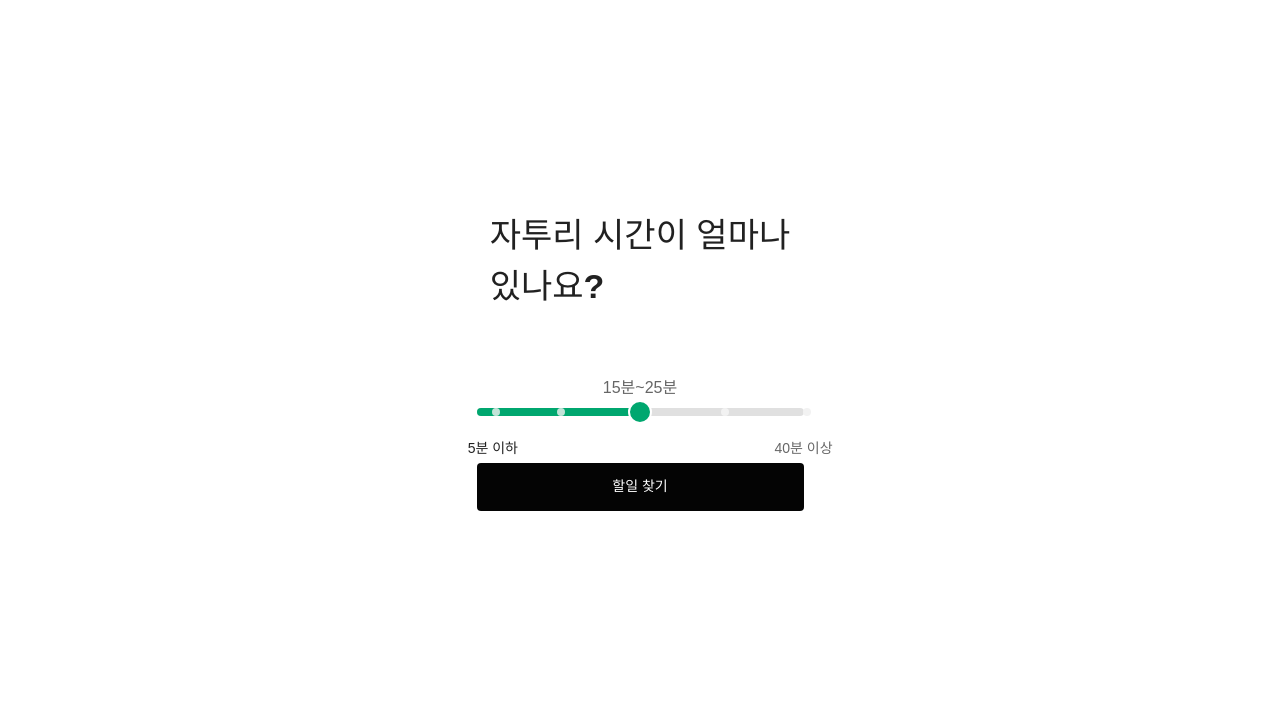
Repository: Tickley-Team/Tickley
Page: /survey
An editor plug-in stored every save of this project. The page is shown before and after the next save, followed by the edit.
The browser window is 1280 px wide. The pictures show the whole page.
The project was rebuilt for these pictures with package versions that can differ from the ones it lists, and the page was loaded fresh each time. Also part of the build but not shown: vite.config.ts, src/components/BottomNavbar.css, src/components/BottomNavbar.tsx, src/hooks/useLocalStorage.ts, src/stores/timeLeftStore.ts, src/utils.ts, src/components/BasicDialog.tsx, src/pages/Todos.tsx and 12 more.

Above is the page before, as saved 2024-12-09 16:28:24.

### index.html
<!doctype html>
<html lang="en">
  <head>
    <meta charset="UTF-8" />
    <link rel="icon" type="image/svg+xml" href="/src/assets/tickley-favicon.svg" />
    <meta name="viewport" content="width=device-width, initial-scale=1.0" />
    <title>Tickley</title>
    <meta name="description" content="자투리 시간을 알차게 보내고 싶으신가요? 그럼 티클리!">
    <meta property="og:title" content="Tickley">
    <meta property="og:url" content="https://tickley-team.github.io/Tickley/">
    <meta property="og:image" content="https://tickley-team.github.io/Tickley/cute-tickley.png">
    <meta property="og:description" content="자투리 시간을 알차게 보내고 싶으신가요? 그럼 티클리!">
  </head>
  <body>
    <div id="root"></div>
    <script type="module" src="/src/main.tsx"></script>
  </body>
</html>

### src/index.css
:root {
  font-family: Pretandard, system-ui, Avenir, Helvetica, Arial, sans-serif;

  color-scheme: light dark;
  font-synthesis: none;
  text-rendering: optimizeLegibility;
  -webkit-font-smoothing: antialiased;
  -moz-osx-font-smoothing: grayscale;
}

@font-face {
  font-family: 'S-CoreDream-5Medium';
  src: url('https://fastly.jsdelivr.net/gh/projectnoonnu/noonfonts_six@1.2/S-CoreDream-5Medium.woff')
    format('woff');
  font-weight: 500;
  font-style: normal;
}

@font-face {
  font-family: 'S-CoreDream-6Bold';
  src: url('https://fastly.jsdelivr.net/gh/projectnoonnu/noonfonts_six@1.2/S-CoreDream-6Bold.woff')
    format('woff');
  font-weight: 600;
  font-style: normal;
}

@font-face {
  font-family: 'S-CoreDream-8Heavy';
  src: url('https://fastly.jsdelivr.net/gh/projectnoonnu/noonfonts_six@1.2/S-CoreDream-8Heavy.woff')
    format('woff');
  font-weight: 800;
  font-style: normal;
}

@font-face {
  font-family: 'S-CoreDream-7ExtraBold';
  src: url('https://fastly.jsdelivr.net/gh/projectnoonnu/noonfonts_six@1.2/S-CoreDream-7ExtraBold.woff')
    format('woff');
  font-weight: 700;
  font-style: normal;
}

### src/App.tsx
import './App.css'

import Todos from './pages/Todos'
import TodosFind from './pages/TodosFind'
import SurveySpareTime from './pages/SurveySpareTime'
import Home from './pages/Home'
import OnboardingPage from './pages/OnboardingPage'
import TodosMemory from './pages/TodosMemory'
import ProgressTimer from './pages/ProgressTimer'
import CompletedTimer from './pages/CompletedTimer'
import { fetchRecommendTodos } from './api/fetchRecommendTodos'
import { createBrowserRouter, RouterProvider } from 'react-router'
import { ThemeProvider } from '@mui/material/styles'
import { TickleyTheme } from './theme'
import CssBaseline from '@mui/material/CssBaseline'

function App() {
  const isProduction = process.env.NODE_ENV === 'production'
  const basename = isProduction ? '/Tickley' : '/'

  const router = createBrowserRouter(
    [
      {
        path: '/',
        element: <Home />,
      },
      {
        path: '/todos',
        element: <Todos />,
      },
      {
        path: '/todos/find',
        element: <TodosFind />,
        loader: () =>
          fetchRecommendTodos(
            `${import.meta.env.BASE_URL}data/todoRecommendData.json`,
          ),
      },
      {
        path: '/todos/memory',
        element: <TodosMemory />,
      },
      {
        path: '/survey',
        element: <SurveySpareTime />,
      },
      {
        path: '/onboarding/:onboardingId',
        element: <OnboardingPage />,
      },
      {
        path: '/timer/progress',
        element: <ProgressTimer />,
      },
      {
        path: '/timer/completed',
        element: <CompletedTimer />,
      },
    ],
    {
      basename,
    },
  )

  return (
    <ThemeProvider theme={TickleyTheme}>
      <RouterProvider router={router} />
      <CssBaseline />
    </ThemeProvider>
  )
}

export default App

### src/App.css
#root {
  /* max-width: 1280px; */
  margin: 0 auto;
  text-align: center;
}

### src/pages/SurveySpareTime/index.tsx
import { useCallback } from 'react'
import { useNavigate } from 'react-router'
import { MobileLayout } from '../../layout/MobileLayout'
import { RangeSlider } from '../../components/RangeSlider'
import { Typography } from '@mui/material'
import { CTAButton } from '../../components/Button'

const SurveySpareTime = () => {
  const navigate = useNavigate()
  const handleClickButton = useCallback(() => {
    navigate('/todos/find')
  }, [])
  return (
    <MobileLayout>
      <Typography
        variant="title-6-bold-34"
        sx={{
          whiteSpace: 'pre-line',
          textAlign: 'left',
          marginBottom: '64px',
        }}
      >
        {`자투리 시간이 얼마나\n있나요?`}
      </Typography>
      <RangeSlider />
      <CTAButton sx={{ marginTop: '20px' }} onClick={handleClickButton}>
        할일 찾기{' '}
      </CTAButton>
    </MobileLayout>
  )
}

export default SurveySpareTime

### src/api/fetchRecommendTodos.ts
import { RecommendTodo } from '../types'

export const fetchRecommendTodos = async (
  path: string,
): Promise<Array<RecommendTodo>> => {
  try {
    const response = await fetch(path)
    if (!response.ok) {
      throw new Error(`HTTP error! status: ${response.status}`)
    }
    return response.json()
  } catch (error) {
    if (error instanceof Error) {
      throw new Error(`데이터 로드 실패: ${error.message}`)
    }
    throw new Error('알 수 없는 에러가 발생했습니다')
  }
}

### src/theme.ts
import { createTheme } from '@mui/material/styles'

import tokens from './assets/tokens.json'

import React from 'react'

export const TickleyTheme = createTheme({
  palette: {
    primary100: tokens.color.pri100.value,
    primary500: tokens.color.pri500.value,
    primary900: tokens.color.pri900.value,

    gray100: tokens.color.gray100.value,
    gray200: tokens.color.gray200.value,
    gray300: tokens.color.gray300.value,
    gray400: tokens.color.gray400.value,
    gray600: tokens.color.gray600.value,
    gray700: tokens.color.gray700.value,
    gray800: tokens.color.gray800.value,
    gray900: tokens.color.gray900.value,
    gray1000: tokens.color.gray1000.value,

    semanticRed: '#F24822',
    semanticPurple1: '#5B67BA',
    semanticGreen: '#009951',
    semanticGreen1: '#D6F2CC',
    semanticGreen2: '#B2DDA2',
    semanticGreen3: '#7BB766',
    semanticGreen4: '#367A1E',
  },

  typography: {
    fontFamily: '"S-CoreDream", Arial, sans-serif',

    'headline-8-heavy': {
      fontWeight: 800,

      fontSize: '48px',
    },

    'headline-5-medium': {
      fontWeight: 500,

      fontSize: '66px',
    },

    'title-6-bold-34': {
      fontWeight: 600,

      fontSize: '34px',
    },

    'title-5-medium-26': {
      fontWeight: 500,

      fontSize: '26px',
    },

    'title-7-extrabold-20': {
      fontWeight: 700,

      fontSize: '20px',
    },

    'title-5-medium-18': {
      fontWeight: 500,

      fontSize: '18px',
    },

    'title-5-medium-16': {
      fontWeight: 500,

      fontSize: '16px',
    },

    'title-5-medium-12': {
      fontWeight: 500,

      fontSize: '12px',
    },
  },
})

//TODO: 타입 정의 파일로 옮기기

declare module '@mui/material/styles' {
  interface Palette {
    primary100: string
    primary500: string
    primary900: string
    gray100: string
    gray200: string
    gray300: string
    gray400: string
    gray600: string
    gray700: string
    gray800: string
    gray900: string
    gray1000: string

    semanticGreen1: string
    semanticGreen2: string
    semanticGreen3: string
    semanticGreen4: string
    semanticRed: string
    semanticPurple1: string
    semanticGreen: string
  }

  interface PaletteOptions {
    primary100: string
    primary500: string
    primary900: string
    gray100: string
    gray200: string
    gray300: string
    gray400: string
    gray600: string
    gray700: string
    gray800: string
    gray900: string
    gray1000: string

    semanticGreen1: string
    semanticGreen2: string
    semanticGreen3: string
    semanticGreen4: string
    semanticRed: string
    semanticPurple1: string
    semanticGreen: string
  }
}

declare module '@mui/material/Typography' {
  interface TypographyPropsVariantOverrides {
    'headline-5-medium': true

    'headline-8-heavy': true

    'title-6-bold-34': true

    'title-5-medium-26': true

    'title-7-extrabold-20': true

    'title-5-medium-18': true

    'title-5-medium-16': true

    'title-5-medium-12': true
  }
}

declare module '@mui/material/styles' {
  interface TypographyVariants {
    'headline-5-medium': React.CSSProperties

    'headline-8-heavy': React.CSSProperties

    'title-6-bold-34': React.CSSProperties

    'title-5-medium-26': React.CSSProperties

    'title-7-extrabold-20': React.CSSProperties

    'title-5-medium-18': React.CSSProperties

    'title-5-medium-16': React.CSSProperties

    'title-5-medium-12': React.CSSProperties
  }

  interface TypographyVariantsOptions {
    'headline-5-medium'?: React.CSSProperties

    'headline-8-heavy'?: React.CSSProperties

    'title-6-bold-34'?: React.CSSProperties

    'title-5-medium-26'?: React.CSSProperties

    'title-7-extrabold-20'?: React.CSSProperties

    'title-5-medium-18'?: React.CSSProperties

    'title-5-medium-16'?: React.CSSProperties

    'title-5-medium-12'?: React.CSSProperties
  }
}

### src/components/RangeSlider.tsx
import styled from '@emotion/styled'
import { Box, Slider, SliderProps, Typography } from '@mui/material'
import { useRecommendTodoFilterStore } from '../stores/recommendTodoFilterStore'

type RangeSliderProps = Partial<SliderProps>

const RangeMapper = [
  { value: 5, label: '5분 이하', displayText: '5분 이하', time: 5 },
  { value: 25, label: '', displayText: '5분~15분', time: 15 },
  { value: 50, label: '', displayText: '15분~25분', time: 25 },
  { value: 75, label: '', displayText: '25분~35분', time: 35 },
  { value: 100, label: '40분 이상', displayText: '40분 이상', time: 40 },
]

export const RangeSlider = ({ ...restProps }: RangeSliderProps) => {
  const { spareTime, setSpareTime } = useRecommendTodoFilterStore()

  const handleChange = (_event: Event, value: number | number[]) => {
    const time = RangeMapper.find((step) => step.value === value)?.time
    setSpareTime(time ?? 5)
  }

  const marks = RangeMapper.map(({ value, label }) => ({
    value,
    label,
  }))
  return (
    <Box width={'100%'}>
      <Typography sx={{ mb: 1, color: '#666666' }}>
        {/* TODO: refactor 연산 */}
        {RangeMapper.find(({ time }) => time === spareTime)?.displayText}
      </Typography>
      <CustomSlider
        value={RangeMapper.find(({ time }) => time === spareTime)?.value}
        marks={marks}
        step={null}
        onChange={handleChange}
        {...restProps}
      />
    </Box>
  )
}

const CustomSlider = styled(Slider)({
  height: 8,
  padding: 0,
  '& .MuiSlider-rail': {
    opacity: 1,
    backgroundColor: '#E0E0E0', // gray300
  },
  '& .MuiSlider-track': {
    border: 'none',
    backgroundColor: '#00A76F', // pri500
  },
  '& .MuiSlider-thumb': {
    height: 24,
    width: 24,
    backgroundColor: '#00A76F', // pri500
    border: '2px solid #fff',
    '&:focus, &:hover, &.Mui-active, &.Mui-focusVisible': {
      boxShadow: 'inherit',
    },
    '&:before': {
      display: 'none',
    },
  },
  '& .MuiSlider-mark': {
    backgroundColor: '#F2F2F2', // gray200
    height: 8,
    width: 8,
    borderRadius: '50%',
    marginTop: 0,
  },
})

### src/layout/MobileLayout.tsx
import { Container } from '@mui/material'

export const MobileLayout = ({
  children,
  ...restProps
}: {
  children: React.ReactNode
}) => {
  return (
    <Container
      sx={{
        maxWidth: '375px', // 최대 너비 375px
        margin: '0 auto',
        backgroundColor: 'white',
        height: '100vh',
        display: 'flex', // Flexbox를 사용하여 콘텐츠 정렬
        flexDirection: 'column',
        justifyContent: 'center',
        alignItems: 'center',
        '@media (min-width: 1200px)': {
          maxWidth: '375px', // 1200px 이상에서도 375px 고정
        },
      }}
      {...restProps}
    >
      {/* 여기에 콘텐츠를 추가 */}
      {children}
    </Container>
  )
}

### src/stores/recommendTodoFilterStore.ts
import { create } from 'zustand'

interface RecommendTodoFilterStore {
  categoryName: string
  spareTime: number
  setSpareTime: (spareTime: number) => void
  setCategoryName: (categoryName: string) => void
}
export const useRecommendTodoFilterStore = create<RecommendTodoFilterStore>()(
  (set) => ({
    categoryName: '휴식',
    spareTime: 25,
    setSpareTime: (spareTime) => set({ spareTime }),
    setCategoryName: (categoryName) => set({ categoryName }),
  }),
)

### src/components/Button.tsx
import { Button as BaseButton, ButtonProps } from '@mui/material'
import { styled } from '@mui/system'

type Props = ButtonProps & {
  children: React.ReactNode
}
export const CTAButton = ({ children, ...restProps }: Props) => {
  return <Button {...restProps}>{children}</Button>
}

const Button = styled(BaseButton)(({ theme }) => ({
  height: 48,
  borderRadius: 4,
  width: '100%',
  justifyContent: 'center',
  alignItems: 'center',
  display: 'inline-flex',
  backgroundColor: theme.palette.gray1000, // theme 사용
  color: theme.palette.gray100, // theme 사용
}))

### src/assets/tokens.json
{
  "color": {
    "pri500": {
      "description": "",
      "type": "color",
      "value": "#1d997cff",
      "blendMode": "normal"
    },
    "pri100": {
      "description": "",
      "type": "color",
      "value": "#d7f6efff",
      "blendMode": "normal"
    },
    "pri900": {
      "description": "",
      "type": "color",
      "value": "#044637ff",
      "blendMode": "normal"
    },
    "gray1000": {
      "description": "",
      "type": "color",
      "value": "#040404ff",
      "blendMode": "normal"
    },
    "gray300": {
      "description": "",
      "type": "color",
      "value": "#f0f1f5ff",
      "blendMode": "normal"
    },
    "gray400": {
      "description": "",
      "type": "color",
      "value": "#d9dae2ff",
      "blendMode": "normal"
    },
    "gray500": {
      "description": "",
      "type": "color",
      "value": "#b9babfff",
      "blendMode": "normal"
    },
    "gray900": {
      "description": "",
      "type": "color",
      "value": "#232327ff",
      "blendMode": "normal"
    },
    "gray600": {
      "description": "",
      "type": "color",
      "value": "#999a9fff",
      "blendMode": "normal"
    },
    "gray700": {
      "description": "",
      "type": "color",
      "value": "#717277ff",
      "blendMode": "normal"
    },
    "gray800": {
      "description": "",
      "type": "color",
      "value": "#3f3f44ff",
      "blendMode": "normal"
    },
    "gray200": {
      "description": "",
      "type": "color",
      "value": "#f9fafcff",
      "blendMode": "normal"
    },
    "gray100": {
      "description": "",
      "type": "color",
      "value": "#ffffffff",
      "blendMode": "normal"
    }
  },
  "grid": {
    "grid": {
      "0": {
        "type": "custom-grid",
        "value": {
          "pattern": "columns",
          "gutterSize": 0,
          "alignment": "stretch",
          "count": 1,
          "offset": 16
        }
      },
      "1": {
        "type": "custom-grid",
        "value": {
          "pattern": "columns",
          "gutterSize": 16,
          "alignment": "stretch",
          "count": 4,
          "offset": 16
        }
      },
      "description": null
    }
  },
  "variable collection": {
    "pri500": { "type": "color", "value": "#f5c21aff", "blendMode": "normal" },
    "pri600": { "type": "color", "value": "#f5bb1aff", "blendMode": "normal" },
    "color": {
      "description": "",
      "type": "color",
      "value": "{variable collection.pri500}"
    }
  }
}

Loaded but not shown: src/main.tsx (common file)

After the next save:
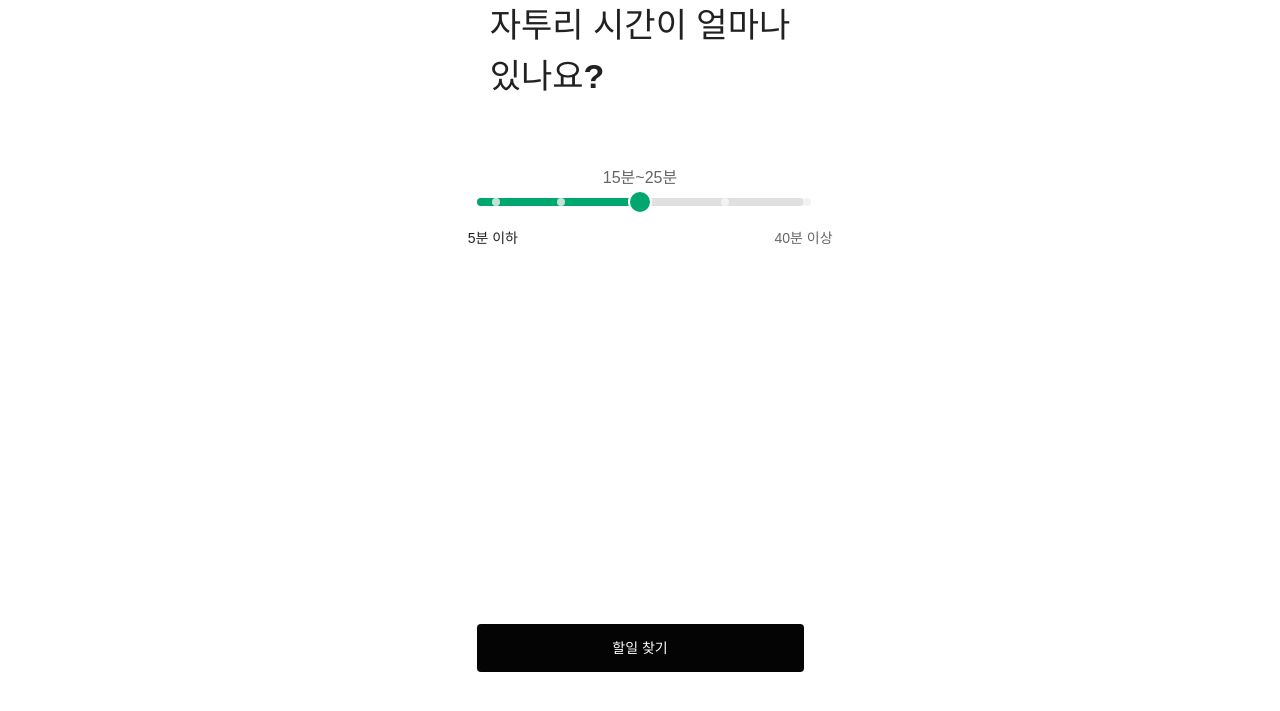
Saved 57 s later.
--- a/src/pages/SurveySpareTime/index.tsx
+++ b/src/pages/SurveySpareTime/index.tsx
@@ -23,7 +23,10 @@
         {`자투리 시간이 얼마나\n있나요?`}
       </Typography>
       <RangeSlider />
-      <CTAButton sx={{ marginTop: '20px' }} onClick={handleClickButton}>
+      <CTAButton
+        sx={{ marginTop: 'auto', marginBottom: '48px' }}
+        onClick={handleClickButton}
+      >
         할일 찾기{' '}
       </CTAButton>
     </MobileLayout>
